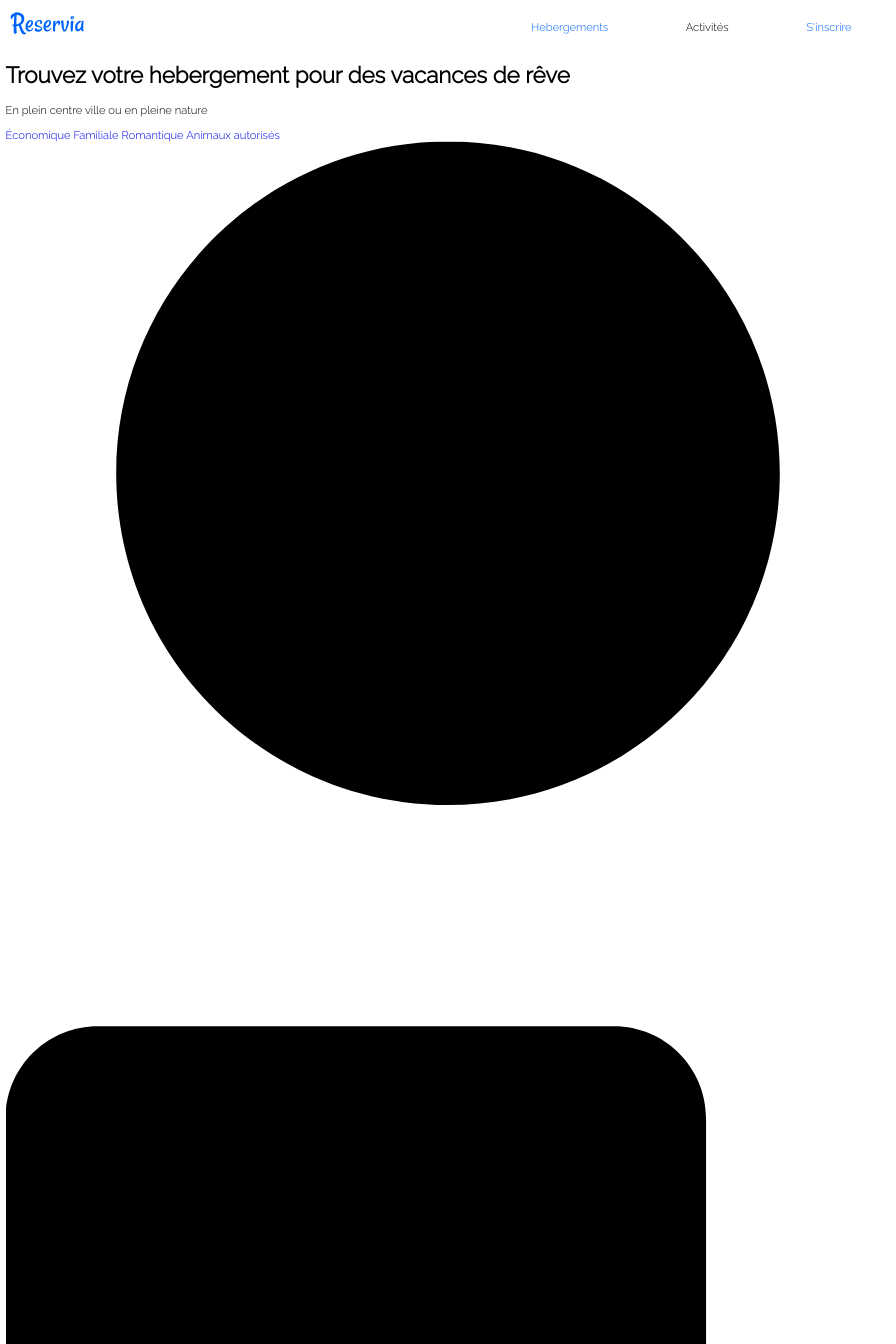
Repository: jaydeeonghub/DYLANBARBARISI_2_16062021
Page: index.html
These files come from the project's save history. The page is drawn as it stood at one moment and after the next save; the edit follows.
The browser window is 1280 px wide. The pictures show the part of the page from y = 0 to 1920 px (the page is 61087 px tall before and 61106 px after), at 70% of full size.
Some web libraries are served in a nearby version.

Above is the page before, as saved 2021-07-01 12:44:15.

After the next save:
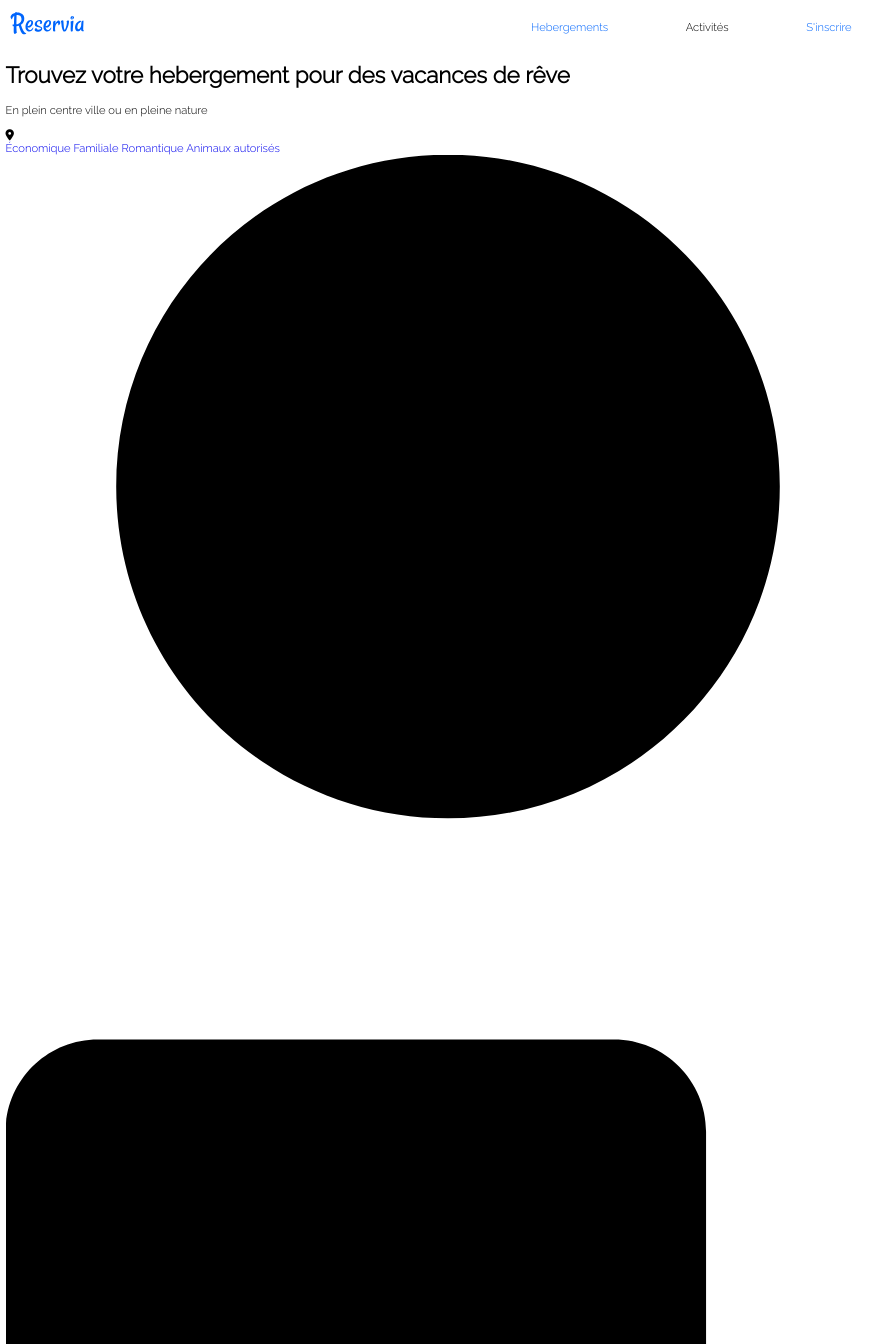
Saved 15 min 48 s later.
--- a/index.html
+++ b/index.html
@@ -1,6 +1,7 @@
 <!DOCTYPE html>
 <html lang="fr">
 <head>
+    <link href="//netdna.bootstrapcdn.com/font-awesome/3.2.1/css/font-awesome.css" rel="stylesheet">
     <link rel="preconnect" href="https://fonts.gstatic.com">
     <link href="https://fonts.googleapis.com/css2?family=Raleway:wght@300&display=swap" rel="stylesheet">
     <link rel="stylesheet" href="Assets\Style\Styles.css">
@@ -31,7 +32,9 @@
     <p>En plein centre ville ou en pleine nature</p>
 
       <div class="Search_button">
-        <form> </form>
+        <div><i class="fas fa-map-marker-alt"></i></div>
+        <div></div>
+        <div></div>
           </div>
 
           <div class="Filtres"
